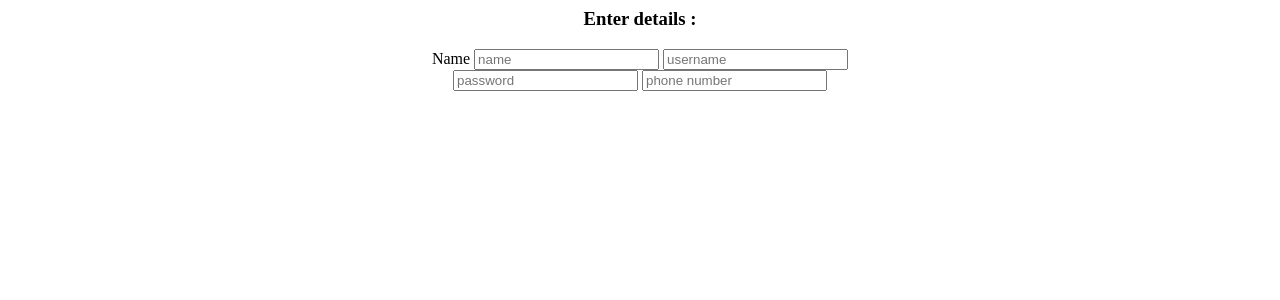
Repository: ApoorvaMishra4/Bootcamp
Page: http://localhost/Login/
These files come from the project's save history. The page is drawn as it stood at one moment and after the next save; the edit follows.
The browser window is 1280 px wide. The pictures show the whole page.
The page is served by Tomcat 9.

Above is the page before, as saved 2018-08-09 03:54:27.

After the next save:
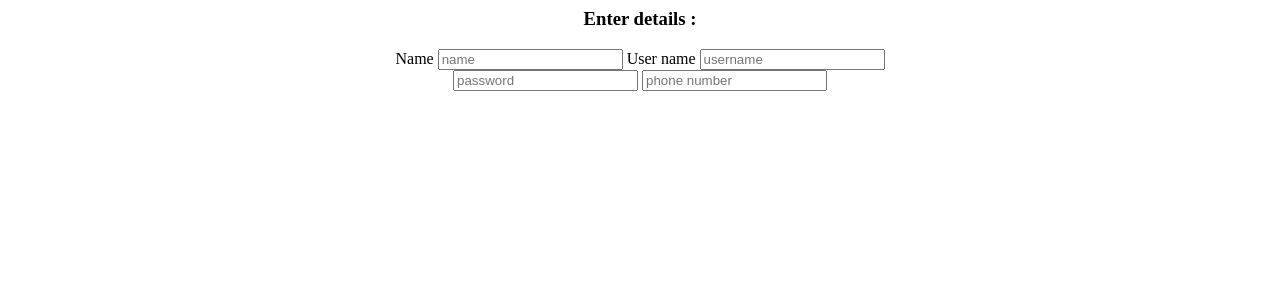
Saved 19 s later.
--- a/Login/src/main/webapp/index.jsp
+++ b/Login/src/main/webapp/index.jsp
@@ -11,6 +11,7 @@ text-align : center;
 <h3>Enter details :</h3>
 <label for="name">Name</label>
 <input type="text" name="name" placeholder="name">
+<label for="username">User name</label>
 <input type="text" name="username"  placeholder="username">
 <br>
 <input type="password" name="password"  placeholder="password">
